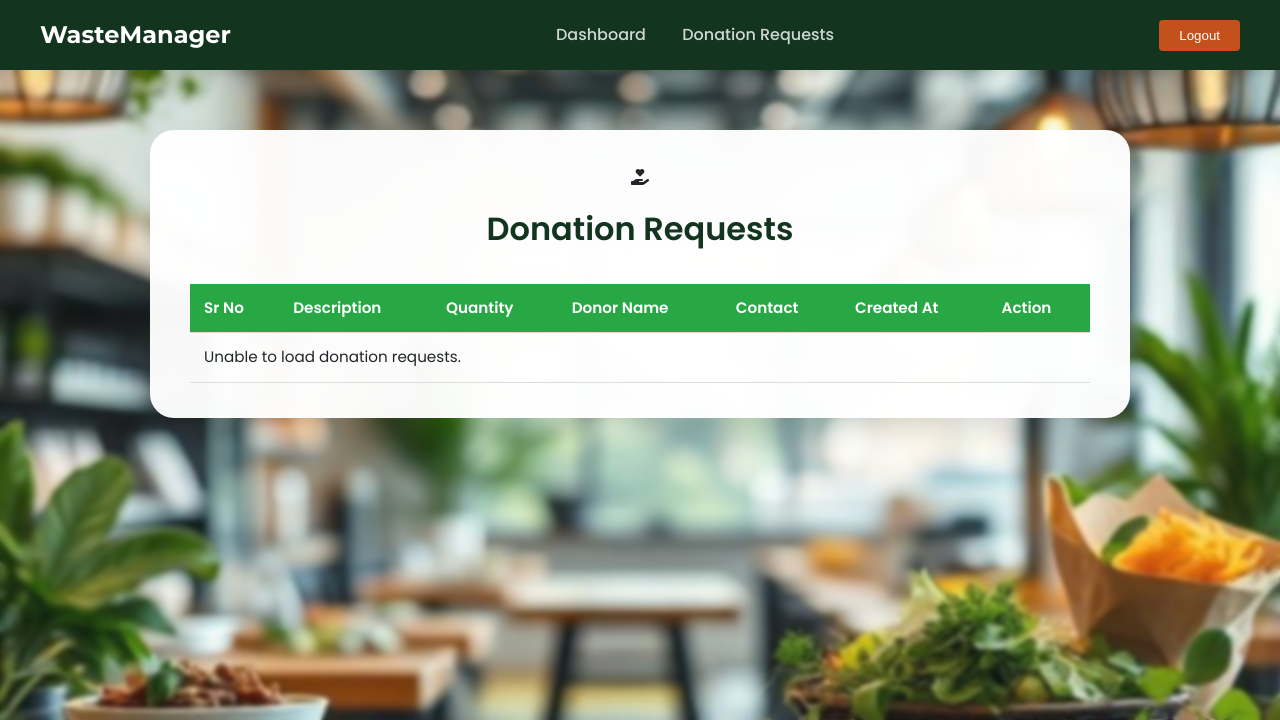
Repository: mahekagrawal25/restaurant-waste-management
Page: frontend/donation-requests.html
These files come from the project's save history. The page is drawn as it stood at one moment and after the next save; the edit follows.
The browser window is 1280 px wide. The pictures show the whole page.
The page's requests for data from a server got no answer.

Above is the page before, as saved 2025-04-25 11:26:37.
Console error: TypeError: Cannot read properties of null (reading 'getElementsByTagName')

### frontend/donation-requests.html
<!DOCTYPE html>
<html lang="en">
<head>
  <meta charset="UTF-8" />
  <meta name="viewport" content="width=device-width, initial-scale=1.0"/>
  <title>Donation Requests | WasteManager</title>
  <link rel="stylesheet" href="ngostyle.css"/>
  <link rel="stylesheet" href="https://cdnjs.cloudflare.com/ajax/libs/font-awesome/6.4.0/css/all.min.css"/>
  <link href="https://fonts.googleapis.com/css2?family=Poppins:wght@400;500;600&family=Montserrat:wght@700&display=swap" rel="stylesheet"/>
  <style>
    html, body {
      margin: 0;
      padding: 0;
      height: 100%;
      font-family: "Poppins", sans-serif;
      background: url("./images/restro10.jpeg") no-repeat center center fixed;
      background-size: cover;
      overflow: hidden;
    }

    .page-wrapper {
      height: calc(100vh - 80px);
      display: flex;
      justify-content: center;
      align-items: flex-start;
      padding: 60px 20px 20px 20px;
      background-color: rgba(255, 255, 255, 0.05);
      backdrop-filter: blur(2px);
      -webkit-backdrop-filter: blur(2px);
      overflow-y: auto;
    }

    .donation-card {
      background: rgba(255, 255, 255, 0.97);
      border-radius: 24px;
      box-shadow: 0 12px 30px rgba(0, 0, 0, 0.12);
      width: 100%;
      max-width: 980px;
      padding: 35px 40px;
      box-sizing: border-box;
    }

    .card-header {
      text-align: center;
      margin-bottom: 30px;
    }

    .card-header h1 {
      font-size: 2rem;
      margin: 12px 0;
    }

    table {
      width: 100%;
      border-collapse: collapse;
      font-size: 0.95rem;
    }

    th, td {
      padding: 12px 14px;
      border-bottom: 1px solid #ddd;
      text-align: left;
    }

    th {
      background-color: #28a745;
      color: white;
    }

    tr:hover {
      background-color: #f1f1f1;
    }

    .btn-collect {
      padding: 8px 14px;
      background-color: #28a745;
      color: white;
      font-weight: 500;
      border: none;
      border-radius: 6px;
      cursor: pointer;
      transition: background-color 0.3s ease;
    }

    .btn-collect:hover {
      background-color: #218838;
    }

    .footer {
      display: none;
    }
  </style>
</head>
<body>
  <header class="navbar">
    <div class="nav-container">
      <div class="logo">WasteManager</div>
      <nav>
        <a href="ngo_dashboard.html">Dashboard</a>
        <a href="donations-request.html" class="active">Donation Requests</a>
      </nav>
      <button id="logoutBtn" class="btn-logout">Logout</button>
    </div>
  </header>

  <div class="page-wrapper">
    <div class="donation-card">
      <div class="card-header">
        <i class="fas fa-hand-holding-heart"></i>
        <h1>Donation Requests</h1>
      </div>

      <table id="donationTable">
        <thead>
          <tr>
            <th>Sr No</th>
            <th>Description</th>
            <th>Quantity</th>
            <th>Donor Name</th>
            <th>Contact</th>
            <th>Created At</th>
            <th>Action</th>
          </tr>
        </thead>
        <tbody>
          <!-- Data will be inserted here dynamically -->
        </tbody>
      </table>
    </div>
  </div>

  <footer class="footer">
    <p>&copy; 2025 WasteManager | All rights reserved</p>
  </footer>

  <script src="script.js"></script>
</body>
</html>

### frontend/ngostyle.css
/* style.css - Enhanced Modern Elegant Theme */
:root {
  /* Color Palette */
  --dark-green: #13341E;
  --fern-green: #4E7145;
  --gamboge: #EB9C35;
  --sinopia: #C4501B;
  --sienna: #8A2B13;

  /* New Gradient Colors */
  --light-fern: #E8F0E6;
  --pale-gamboge: #FDF4E6;

  /* Supporting Colors */
  --white: #FFFFFF;
  --light-gray: #E9ECEF;
  --text-dark: #212529;
  --text-light: #5A6C5A;
}

/* Base Styles */
body {
  font-family: 'Poppins', sans-serif;
  margin: 0;
  padding: 0;
  background: linear-gradient(135deg, var(--light-fern) 0%, var(--pale-gamboge) 100%);
  color: var(--text-dark);
  line-height: 1.6;
  min-height: 100vh;
}

/* Typography */
h1, h2, h3 {
  font-weight: 600;
  color: var(--dark-green);
}

h1 {
  font-size: 2rem;
  margin-bottom: 1rem;
}

h2 {
  font-size: 1.5rem;
}

h3 {
  font-size: 1.25rem;
}

p {
  color: var(--text-light);
  margin-bottom: 1.5rem;
}

/* Navigation Bar */
.navbar {
  background-color: var(--dark-green);
  padding: 1rem 2rem;
  box-shadow: 0 2px 10px rgba(0, 0, 0, 0.1);
}

.nav-container {
  display: flex;
  justify-content: space-between;
  align-items: center;
  max-width: 1200px;
  margin: 0 auto;
}

.logo {
  font-family: 'Montserrat', sans-serif;
  font-weight: 700;
  font-size: 1.5rem;
  color: var(--white);
}

nav a {
  color: rgba(255, 255, 255, 0.8);
  text-decoration: none;
  margin: 0 1rem;
  font-weight: 500;
  transition: color 0.3s ease;
}

nav a:hover {
  color: var(--white);
}

.btn-logout {
  background-color: var(--sinopia);
  color: var(--white);
  border: none;
  padding: 0.5rem 1.25rem;
  border-radius: 4px;
  font-weight: 500;
  cursor: pointer;
  transition: all 0.3s ease;
}

.btn-logout:hover {
  background-color: var(--sienna);
  transform: translateY(-2px);
}

/* Main Container */
.container {
  max-width: 1200px;
  margin: 2rem auto;
  padding: 0 2rem;
}

/* Enhanced Welcome Section */
.welcome-section {
  text-align: center;
  margin-bottom: 3rem;
  padding: 2.5rem;
  background: rgba(255, 255, 255, 0.95);
  border-radius: 16px;
  box-shadow: 0 8px 32px rgba(19, 52, 30, 0.1);
  border-left: 6px solid var(--gamboge);
  position: relative;
  overflow: hidden;
  transition: all 0.4s ease;
}

.welcome-section:hover {
  transform: translateY(-3px);
  box-shadow: 0 12px 36px rgba(19, 52, 30, 0.15);
}

.welcome-section::before {
  content: "";
  position: absolute;
  top: 0;
  left: 0;
  width: 100%;
  height: 4px;
  background: linear-gradient(90deg, var(--fern-green), var(--gamboge));
}

/* Enhanced Action Cards Grid */
.actions-grid {
  display: grid;
  grid-template-columns: repeat(auto-fit, minmax(280px, 1fr));
  gap: 2rem;
  margin-bottom: 3rem;
}

.action-card {
  background: rgba(255, 255, 255, 0.95);
  border-radius: 12px;
  padding: 2rem;
  text-align: center;
  cursor: pointer;
  transition: all 0.4s cubic-bezier(0.25, 0.8, 0.25, 1);
  box-shadow: 0 6px 18px rgba(19, 52, 30, 0.08);
  position: relative;
  overflow: hidden;
  border: none;
}

.action-card::after {
  content: "";
  position: absolute;
  bottom: 0;
  left: 0;
  width: 100%;
  height: 4px;
  background: linear-gradient(90deg, var(--fern-green), var(--gamboge));
  transition: all 0.3s ease;
}

.action-card:hover {
  transform: translateY(-8px);
  box-shadow: 0 14px 28px rgba(19, 52, 30, 0.15);
}

.action-card:hover::after {
  height: 6px;
}

.action-card i {
  font-size: 2.5rem;
  background: linear-gradient(135deg, var(--fern-green), var(--dark-green));
  -webkit-background-clip: text;
  background-clip: text;
  color: transparent;
  margin-bottom: 1.5rem;
  transition: all 0.3s ease;
}

.action-card:hover i {
  transform: scale(1.1);
}

.action-card h3 {
  margin-bottom: 1rem;
  color: var(--dark-green);
  position: relative;
}

.action-card p {
  color: var(--text-light);
  margin-bottom: 0;
  font-size: 0.95rem;
}

/* Enhanced Footer */
.footer {
  text-align: center;
  padding: 1.5rem;
  background: var(--dark-green);
  color: rgba(255, 255, 255, 0.85);
  margin-top: 4rem;
  position: relative;
}

.footer::before {
  content: "";
  position: absolute;
  top: 0;
  left: 0;
  width: 100%;
  height: 4px;
  background: linear-gradient(90deg, var(--gamboge), var(--sinopia));
}

.footer p {
  margin: 0;
  font-size: 0.9rem;
}

/* Utility Classes */
.text-center {
  text-align: center;
}

/* Responsive Adjustments */
@media (max-width: 768px) {
  .nav-container {
    flex-direction: column;
  }

  nav {
    margin: 1rem 0;
  }

  .actions-grid {
    grid-template-columns: 1fr;
    gap: 1.5rem;
  }

  .welcome-section {
    padding: 2rem 1.5rem;
  }

  .action-card {
    padding: 1.75rem;
  }
}

### frontend/style.css
/* ✅ General Styles */
* {
  margin: 0;
  padding: 0;
  box-sizing: border-box;
  font-family: 'Poppins', sans-serif;
}

body {
  background: linear-gradient(135deg, #2e7d32, #81c784);
  color: #333;
  min-height: 100vh;
  display: flex;
  flex-direction: column;
}

/* ✅ Navigation Bar */
.navbar {
  background: rgba(255, 255, 255, 0.85);
  backdrop-filter: blur(12px);
  box-shadow: 0 4px 15px rgba(0, 0, 0, 0.1);
  padding: 20px 40px;
  position: sticky;
  top: 0;
  z-index: 1000;
}

.nav-container {
  display: flex;
  justify-content: space-between;
  align-items: center;
  max-width: 1300px;
  margin: 0 auto;
}

.navbar .logo {
  font-size: 30px;
  font-weight: bold;
  color: #2e7d32;
  font-family: 'Georgia', serif;
}

nav a {
  margin: 0 18px;
  text-decoration: none;
  color: #444;
  font-weight: 500;
  transition: color 0.3s, transform 0.3s;
}

nav a:hover {
  color: #2e7d32;
  transform: scale(1.1);
}

.btn-logout {
  background: #ff4c4c;
  color: #fff;
  border: none;
  padding: 12px 28px;
  border-radius: 30px;
  cursor: pointer;
  font-weight: 500;
  transition: background 0.3s, transform 0.3s;
}

.btn-logout:hover {
  background: #e03c3c;
  transform: scale(1.05);
}

/* ✅ Main Content */
.container {
  width: 90%;
  max-width: 1300px;
  margin: 50px auto;
  flex: 1;
}

/* ✅ Welcome Section */
.welcome-section {
  text-align: center;
  margin-bottom: 70px;
}

.welcome-section h1 {
  font-size: 48px;
  color: #fff;
  margin-bottom: 12px;
  font-weight: 700;
  font-family: 'Cambria', serif;
}

.welcome-section p {
  font-size: 20px;
  color: #f0f0f0;
  opacity: 0.9;
}

/* ✅ Quick Actions Grid */
.actions-grid {
  display: grid;
  grid-template-columns: repeat(auto-fit, minmax(280px, 1fr));
  gap: 35px;
  margin-bottom: 70px;
}

.action-card {
  background: rgba(255, 255, 255, 0.85);
  backdrop-filter: blur(12px);
  border-radius: 20px;
  box-shadow: 0 10px 25px rgba(0, 0, 0, 0.1);
  padding: 35px;
  text-align: center;
  transition: transform 0.4s, box-shadow 0.4s;
  cursor: pointer;
}

.action-card:hover {
  transform: translateY(-12px);
  box-shadow: 0 14px 30px rgba(0, 0, 0, 0.2);
}

.action-card i {
  font-size: 52px;
  color: #2e7d32;
  margin-bottom: 25px;
}

.action-card h3 {
  font-size: 26px;
  color: #333;
  margin-bottom: 12px;
  font-weight: 700;
}

.action-card p {
  font-size: 18px;
  color: #555;
  opacity: 0.85;
}

/* ✅ Recent Activities */
.recent-activities {
  background: rgba(255, 255, 255, 0.9);
  padding: 35px;
  border-radius: 20px;
  box-shadow: 0 10px 25px rgba(0, 0, 0, 0.1);
}

.recent-activities h2 {
  font-size: 30px;
  margin-bottom: 25px;
  font-weight: 700;
  color: #333;
}

.activities-container {
  max-height: 350px;
  overflow-y: auto;
  padding: 15px;
}

.activities-container p {
  font-size: 18px;
  color: #555;
  opacity: 0.9;
}

/* ✅ Footer */
.footer {
  background: rgba(255, 255, 255, 0.9);
  backdrop-filter: blur(10px);
  color: #333;
  text-align: center;
  padding: 25px;
  box-shadow: 0 -5px 15px rgba(0, 0, 0, 0.1);
  font-weight: 600;
  font-size: 16px;
}





/* Activities Table Styles */
.activities-table-container {
  overflow-x: auto;
  margin-top: 1rem;
  background: white;
  border-radius: 8px;
  box-shadow: 0 2px 10px rgba(0,0,0,0.1);
  padding: 1rem;
}

#activitiesTable {
  width: 100%;
  border-collapse: collapse;
}

#activitiesTable th, #activitiesTable td {
  padding: 12px 15px;
  text-align: left;
  border-bottom: 1px solid #e0e0e0;
}

#activitiesTable th {
  background-color: #f5f5f5;
  font-weight: 600;
}

#activitiesTable tr:hover {
  background-color: #f9f9f9;
}

.btn-view-all {
  display: block;
  margin: 1rem auto 0;
  padding: 8px 16px;
  background: #4CAF50;
  color: white;
  border: none;
  border-radius: 4px;
  cursor: pointer;
}

.btn-view-all:hover {
  background: #45a049;
}




/* Activities Table Styles */
.activities-table-container {
  overflow-x: auto;
  margin-top: 1rem;
  background: white;
  border-radius: 8px;
  box-shadow: 0 2px 10px rgba(0,0,0,0.1);
  padding: 1rem;
}

#activitiesTable {
  width: 100%;
  border-collapse: collapse;
  font-size: 0.9rem;
}

#activitiesTable th {
  background-color: #f8f9fa;
  padding: 12px 15px;
  text-align: left;
  font-weight: 600;
}

#activitiesTable td {
  padding: 10px 15px;
  border-bottom: 1px solid #e9ecef;
}

.loading, .error {
  text-align: center;
  padding: 20px;
}

.loading {
  color: #6c757d;
}

.error {
  color: #dc3545;
}













.page-header {
  text-align: center;
  margin-top: 40px;
}

.page-header h1 {
  font-family: 'Montserrat', sans-serif;
  font-size: 2rem;
  color: #2e7d32;
}

.page-header p {
  font-size: 1rem;
  color: #555;
  margin-top: 8px;
}

.form-section {
  max-width: 600px;
  margin: 30px auto;
  background: #f9fff9;
  padding: 30px;
  border-radius: 16px;
  box-shadow: 0 6px 18px rgba(0, 0, 0, 0.06);
}

.waste-form .form-group {
  margin-bottom: 20px;
}

.waste-form label {
  display: block;
  font-weight: 500;
  margin-bottom: 8px;
}

.waste-form label span {
  color: red;
}

.waste-form input,
.waste-form select {
  width: 100%;
  padding: 12px 14px;
  font-size: 1rem;
  border: 1px solid #ccc;
  border-radius: 12px;
  outline: none;
  transition: border 0.3s ease;
}

.waste-form input:focus,
.waste-form select:focus {
  border-color: #4caf50;
}

.btn-submit {
  background-color: #4caf50;
  color: #fff;
  padding: 12px 20px;
  border: none;
  border-radius: 12px;
  cursor: pointer;
  font-weight: 600;
  font-size: 1rem;
  transition: background-color 0.3s ease;
  display: flex;
  align-items: center;
  gap: 8px;
}

.btn-submit:hover {
  background-color: #388e3c;
}




/* Hero Section */
.hero-header {
  background: linear-gradient(to right, #43a047, #2e7d32);
  color: white;
  padding: 60px 20px 40px;
  text-align: center;
  border-bottom-left-radius: 40px;
  border-bottom-right-radius: 40px;
  box-shadow: 0 8px 20px rgba(0, 0, 0, 0.1);
}

.hero-content i {
  font-size: 3rem;
  margin-bottom: 10px;
  animation: bounce 1s ease-in-out infinite alternate;
}

.hero-content h1 {
  font-family: 'Montserrat', sans-serif;
  font-size: 2.5rem;
  margin: 0;
}

.hero-content p {
  font-size: 1.1rem;
  margin-top: 10px;
  color: #e0f2f1;
}

/* Animation for Icon */
@keyframes bounce {
  0% { transform: translateY(0); }
  100% { transform: translateY(-5px); }
}


/* Make entire page fit on screen */
.page-wrapper {
  display: flex;
  justify-content: center;
  align-items: center;
  height: calc(100vh - 80px); /* Adjust for header/footer */
  padding: 20px;
  background-color: #f4f7f6;
}

/* Unified Card */
.waste-card {
  background: rgba(255, 255, 255, 0.98);
  border-radius: 20px;
  box-shadow: 0 8px 24px rgba(0, 0, 0, 0.08);
  width: 100%;
  max-width: 650px;

  /* Updated padding */
  padding: 60px 40px;
  box-sizing: border-box;
}

/* Header Inside Card */
.card-header {
  text-align: center;
  margin-bottom: 25px;
}

.card-header i {
  font-size: 2.5rem;
  color: #2e7d32;
  animation: bounce 1s infinite alternate;
}

.card-header h1 {
  margin: 10px 0 5px;
  font-family: 'Montserrat', sans-serif;
  font-size: 1.8rem;
}

.card-header p {
  font-size: 0.95rem;
  color: #555;
}

/* Form Fields */
.waste-form .form-group {
  margin-bottom: 20px;
}

.waste-form label {
  display: block;
  margin-bottom: 8px;
  font-weight: 500;
  color: #2e7d32;
}

.waste-form input,
.waste-form select {
  width: 100%;
  padding: 12px;
  border: 1px solid #ccc;
  border-radius: 12px;
  font-size: 1rem;
  transition: border 0.3s ease;
}

.waste-form input:focus,
.waste-form select:focus {
  border-color: #2e7d32;
  outline: none;
}

/* Submit Button */
.btn-submit {
  width: 100%;
  background: linear-gradient(to right, #43a047, #2e7d32);
  color: white;
  padding: 14px;
  font-size: 1rem;
  border: none;
  border-radius: 12px;
  cursor: pointer;
  transition: background 0.3s ease;
}

.btn-submit:hover {
  background: linear-gradient(to right, #388e3c, #1b5e20);
}

/* Icon Animation */
@keyframes bounce {
  0% { transform: translateY(0); }
  100% { transform: translateY(-5px); }
}

Loaded but not shown: frontend/script.js (665 lines, source omitted)

After the next save:
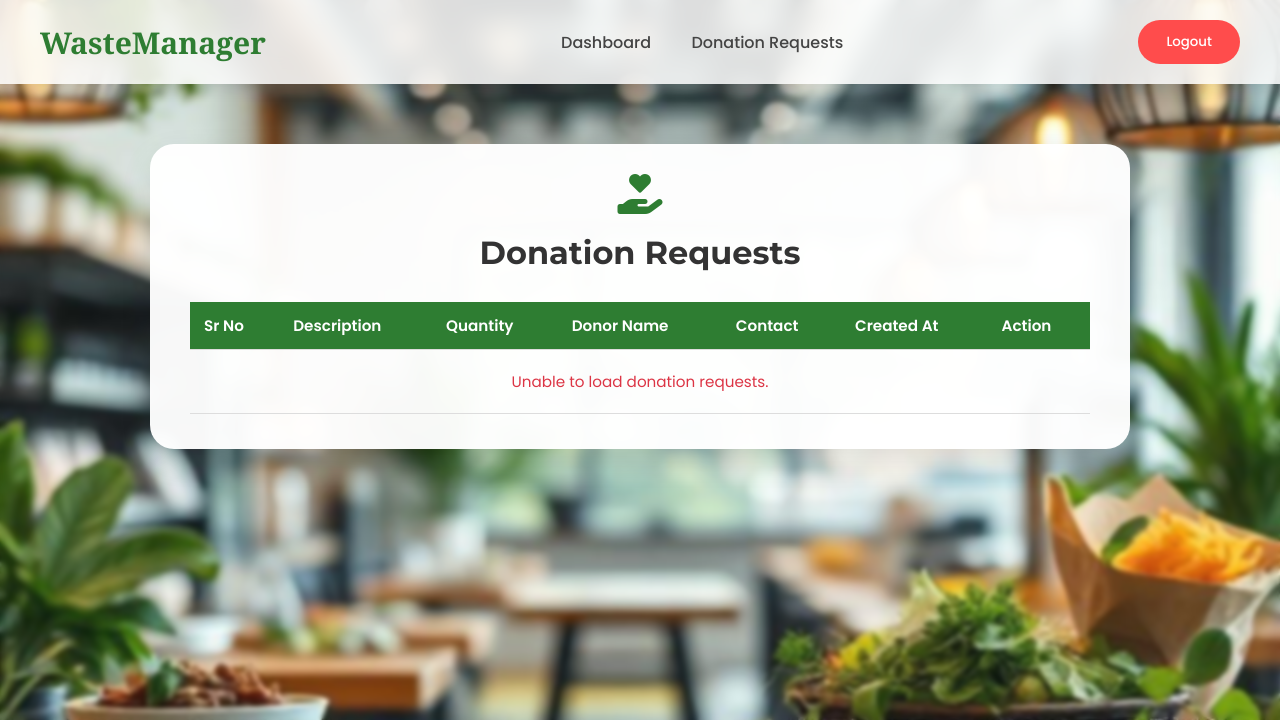
Saved 49 s later.
--- a/frontend/donation-requests.html
+++ b/frontend/donation-requests.html
@@ -4,7 +4,7 @@
   <meta charset="UTF-8" />
   <meta name="viewport" content="width=device-width, initial-scale=1.0"/>
   <title>Donation Requests | WasteManager</title>
-  <link rel="stylesheet" href="ngostyle.css"/>
+  <link rel="stylesheet" href="style.css"/>
   <link rel="stylesheet" href="https://cdnjs.cloudflare.com/ajax/libs/font-awesome/6.4.0/css/all.min.css"/>
   <link href="https://fonts.googleapis.com/css2?family=Poppins:wght@400;500;600&family=Montserrat:wght@700&display=swap" rel="stylesheet"/>
   <style>
@@ -63,7 +63,7 @@
     }
 
     th {
-      background-color: #28a745;
+      background-color: #2e7d32;
       color: white;
     }
 
@@ -73,7 +73,7 @@
 
     .btn-collect {
       padding: 8px 14px;
-      background-color: #28a745;
+      background-color: #2e7d32;
       color: white;
       font-weight: 500;
       border: none;
@@ -83,7 +83,7 @@
     }
 
     .btn-collect:hover {
-      background-color: #218838;
+      background-color: #1b5e20;
     }
 
     .footer {
